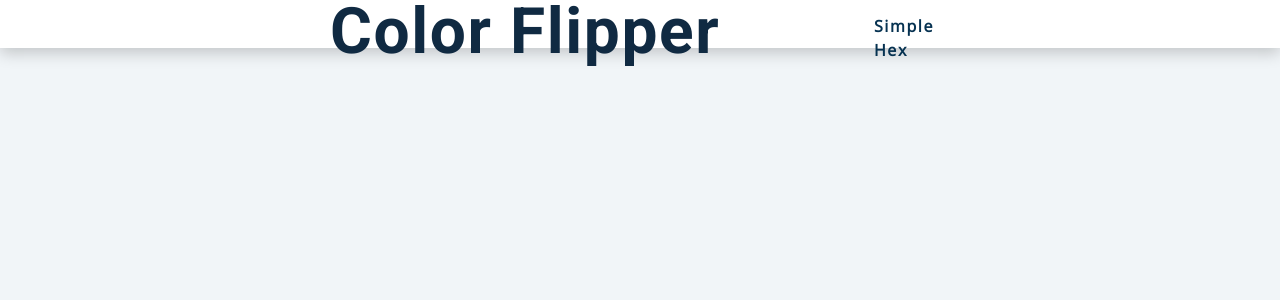
Repository: Vickydew1/ChangeBgcolor
Page: index.html
The author's editor kept a copy of each file at every save. The page is drawn from the files as they stood at one save, then again after the next save.
The browser window is 1280 px wide. The pictures show the whole page.

Above is the page before, as saved 2022-01-10 03:06:32.

### index.html
<!DOCTYPE html>
<html lang="en">
  <head>
    <meta charset="UTF-8" />
    <meta name="viewport" content="width=device-width, initial-scale=1.0" />
    <title>Color Flipper || Simple</title>

    <!-- styles -->
    <link rel="stylesheet" href="styles.css" />
  </head>
  <body>
    <nav>
      <div class="nav-center">
        <h1>color flipper</h1>
        <ul class="navlinks">
          <li>
            <a href="index.html">Simple</a>
          </li>
          <li>
            <a href="hex.html">hex </a>
          </li>
        </ul>
      </div>
    </nav>
    <!-- javascript -->
    <script src="app.js"></script>
  </body>
</html>

### styles.css
/*
===============
Fonts
===============
*/
@import url("https://fonts.googleapis.com/css?family=Open+Sans|Roboto:400,700&display=swap");

/*
===============
Variables
===============
*/

:root {
  /* dark shades of primary color*/
  --clr-primary-1: hsl(205, 86%, 17%);
  --clr-primary-2: hsl(205, 77%, 27%);
  --clr-primary-3: hsl(205, 72%, 37%);
  --clr-primary-4: hsl(205, 63%, 48%);
  /* primary/main color */
  --clr-primary-5: hsl(205, 78%, 60%);
  /* lighter shades of primary color */
  --clr-primary-6: hsl(205, 89%, 70%);
  --clr-primary-7: hsl(205, 90%, 76%);
  --clr-primary-8: hsl(205, 86%, 81%);
  --clr-primary-9: hsl(205, 90%, 88%);
  --clr-primary-10: hsl(205, 100%, 96%);
  /* darkest grey - used for headings */
  --clr-grey-1: hsl(209, 61%, 16%);
  --clr-grey-2: hsl(211, 39%, 23%);
  --clr-grey-3: hsl(209, 34%, 30%);
  --clr-grey-4: hsl(209, 28%, 39%);
  /* grey used for paragraphs */
  --clr-grey-5: hsl(210, 22%, 49%);
  --clr-grey-6: hsl(209, 23%, 60%);
  --clr-grey-7: hsl(211, 27%, 70%);
  --clr-grey-8: hsl(210, 31%, 80%);
  --clr-grey-9: hsl(212, 33%, 89%);
  --clr-grey-10: hsl(210, 36%, 96%);
  --clr-white: #fff;
  --clr-red-dark: hsl(360, 67%, 44%);
  --clr-red-light: hsl(360, 71%, 66%);
  --clr-green-dark: hsl(125, 67%, 44%);
  --clr-green-light: hsl(125, 71%, 66%);
  --clr-black: #222;
  --ff-primary: "Roboto", sans-serif;
  --ff-secondary: "Open Sans", sans-serif;
  --transition: all 0.3s linear;
  --spacing: 0.1rem;
  --radius: 0.25rem;
  --light-shadow: 0 5px 15px rgba(0, 0, 0, 0.1);
  --dark-shadow: 0 5px 15px rgba(0, 0, 0, 0.2);
  --max-width: 1170px;
  --fixed-width: 620px;
}
/*
===============
Global Styles
===============
*/

*,
::after,
::before {
  margin: 0;
  padding: 0;
  box-sizing: border-box;
}
body {
  font-family: var(--ff-secondary);
  background: var(--clr-grey-10);
  color: var(--clr-grey-1);
  line-height: 1.5;
  font-size: 0.875rem;
}
ul {
  list-style-type: none;
}
a {
  text-decoration: none;
}
h1,
h2,
h3,
h4 {
  letter-spacing: var(--spacing);
  text-transform: capitalize;
  line-height: 1.25;
  margin-bottom: 0.75rem;
  font-family: var(--ff-primary);
}
h1 {
  font-size: 3rem;
}
h2 {
  font-size: 2rem;
}
h3 {
  font-size: 1.25rem;
}
h4 {
  font-size: 0.875rem;
}
p {
  margin-bottom: 1.25rem;
  color: var(--clr-grey-5);
}
@media screen and (min-width: 800px) {
  h1 {
    font-size: 4rem;
  }
  h2 {
    font-size: 2.5rem;
  }
  h3 {
    font-size: 1.75rem;
  }
  h4 {
    font-size: 1rem;
  }
  body {
    font-size: 1rem;
  }
  h1,
  h2,
  h3,
  h4 {
    line-height: 1;
  }
}
/*  global classes */

/* section */
.section {
  padding: 5rem 0;
}

.section-center {
  width: 90vw;
  margin: 0 auto;
  max-width: 1170px;
}
@media screen and (min-width: 992px) {
  .section-center {
    width: 95vw;
  }
}
main {
  min-height: 100vh;
  display: grid;
  place-items: center;
}

/*
===============
Nav
===============
*/
nav {
  background: var(--clr-white);
  height: 3rem;
  display: grid;
  align-items: center;
  box-shadow: var(--dark-shadow);
}
.nav-center {
  width: 90vw;
  max-width: var(--fixed-width);
  margin: 0 auto;
  display: flex;
  align-items: center;
  justify-content: space-between;
}
.nav-center h4 {
  margin-bottom: 0;
  color: var(--clr-primary-5);
}
.nav-links {
  display: flex;
}
nav a {
  text-transform: capitalize;
  font-weight: 700;
  font-size: 1rem;
  color: var(--clr-primary-1);
  letter-spacing: var(--spacing);
  margin-right: 1rem;
}
nav a:hover {
  color: var(--clr-primary-5);
}
/*
===============
Container
===============
*/
main {
  min-height: calc(100vh - 3rem);
  display: grid;
  place-items: center;
}
.container {
  text-align: center;
}
.container h2 {
  background: var(--clr-black);
  color: var(--clr-white);
  padding: 1rem;
  border-radius: var(--radius);
  margin-bottom: 2.5rem;
}
.color {
  color: var(--clr-primary-5);
}
.btn-hero {
  font-family: var(--ff-primary);
  text-transform: uppercase;
  background: transparent;
  color: var(--clr-black);
  letter-spacing: var(--spacing);
  display: inline-block;
  font-weight: 700;
  transition: var(--transition);
  border: 2px solid var(--clr-black);
  cursor: pointer;
  box-shadow: 0 1px 3px rgba(0, 0, 0, 0.2);
  border-radius: var(--radius);
  font-size: 1rem;
  padding: 0.75rem 1.25rem;
}
.btn-hero:hover {
  color: var(--clr-white);
  background: var(--clr-black);
}

Loaded but not shown: app.js (common file)

After the next save:
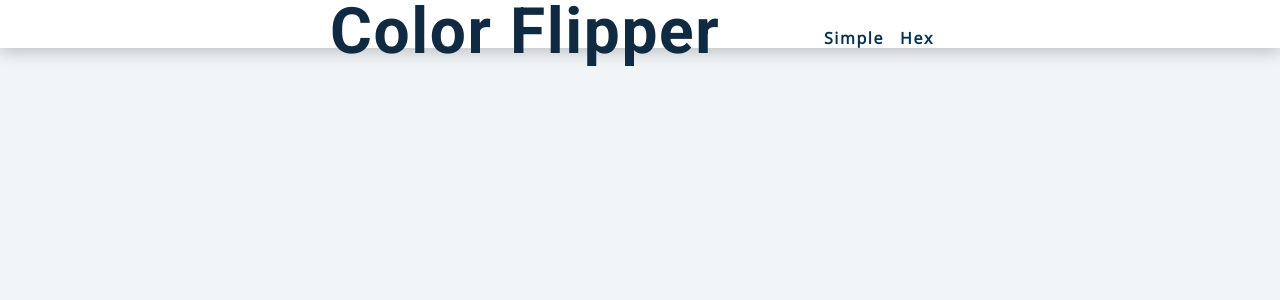
Saved 21 s later.
--- a/index.html
+++ b/index.html
@@ -12,7 +12,7 @@
     <nav>
       <div class="nav-center">
         <h1>color flipper</h1>
-        <ul class="navlinks">
+        <ul class="nav-links">
           <li>
             <a href="index.html">Simple</a>
           </li>
